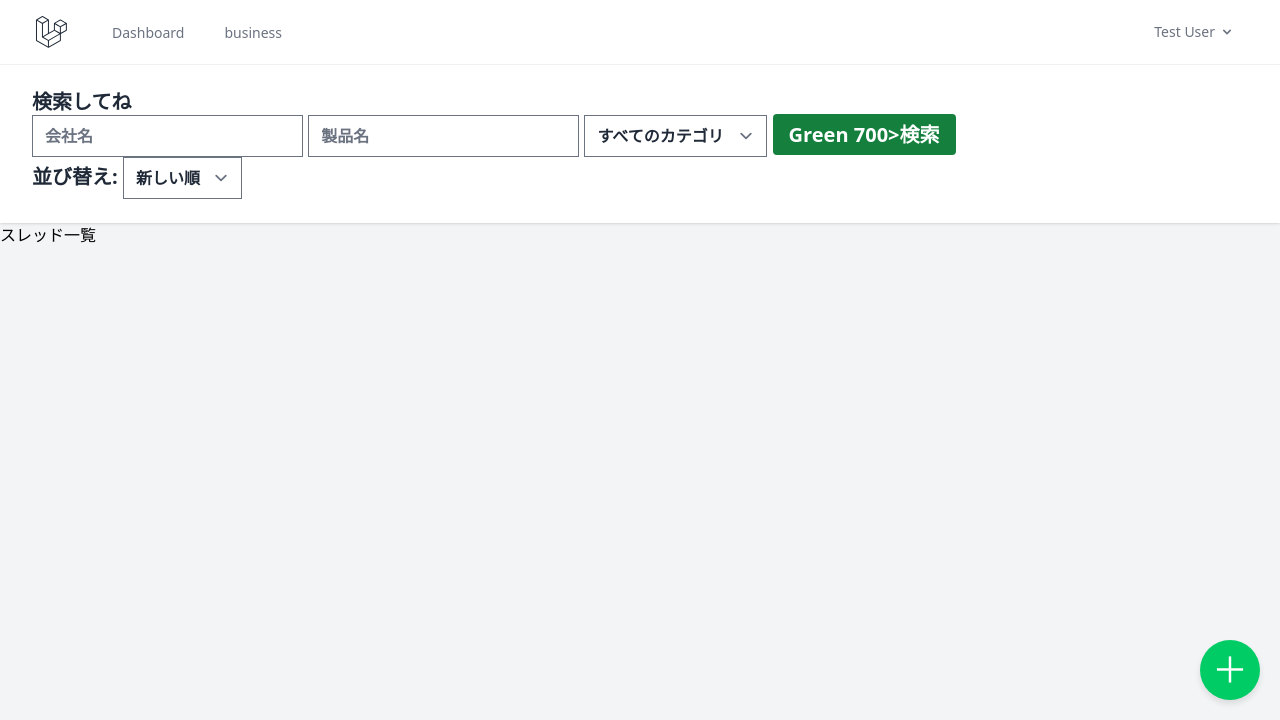
Repository: kyoko-shiraishi/Reproduce
Page: http://localhost/home
These files come from the project's save history. The page is drawn as it stood at one moment and after the next save; the edit follows.
The browser window is 1280 px wide. The pictures show the whole page.
Some web libraries are served in a nearby version. The page is served by the project's Laravel application, run on PHP 8.4 with Laravel 12. A made-up administrator, Test User (test@example.com), is signed in. Other server files are loaded and not shown. Style sheets and scripts are compiled from the project's sources, by tool versions that may differ from the author's. Queries for data that is not in the repository find no rows.

Above is the page before, as saved 2024-10-21 12:18:33.

### app/Providers/AppServiceProvider.php
<?php
namespace App\Providers;

use Illuminate\Support\ServiceProvider;
use Illuminate\Support\Facades\View;
use App\Models\Category; // Categoryモデルをインポート

class AppServiceProvider extends ServiceProvider
{
    public function boot()
    {
        // \URL::forceScheme('https');
        // すべてのビューにカテゴリを渡す
        View::composer('*', function ($view) {
            $categories = Category::all();
            $view->with('categories', $categories);
        });
    }

    public function register()
    {
        //
    }
}

### routes/web.php
<?php

use App\Http\Controllers\ProfileController;
use Illuminate\Support\Facades\Route;
use App\Http\Controllers\PleaseController;
use App\Http\Controllers\Auth\AuthenticatedSessionController;
use App\Http\Controllers\SearchController;
use App\Http\Controllers\PostController;
use App\Http\Controllers\NewController;
use App\Http\Controllers\LikeController;

// ララベルトップルート
Route::get('/', function () {
    return view('welcome');
});

// トップページ
Route::get('/index', [PleaseController::class, 'index'])->name('index');

// ログインページのルート
Route::get('/login', [AuthenticatedSessionController::class, 'create'])->name('login');

// ログイン処理のルート
Route::post('/login', [AuthenticatedSessionController::class, 'store']);

// 登録ページのルート
Route::get('/register', [RegisteredUserController::class, 'create'])->name('register');

// 登録処理のルート
Route::post('/register', [RegisteredUserController::class, 'store']);

// ダッシュボードのルート
Route::get('/dashboard', function () {
    return view('dashboard');
})->middleware(['auth', 'verified'])->name('dashboard');




// 認証が必要なルート
Route::middleware('auth')->group(function () {
    Route::get('/profile', [ProfileController::class, 'edit'])->name('profile.edit');
    Route::patch('/profile', [ProfileController::class, 'update'])->name('profile.update');
    Route::delete('/profile', [ProfileController::class, 'destroy'])->name('profile.destroy');
});
// ホームページのルート
Route::get('/home',[PleaseController::class,'home'])->name('home');



require __DIR__.'/auth.php';

Route::get('/business',[PleaseController::class,'business'])->name('business');
Route::get('/infomation',[PleaseController::class,'infomation'])->name('infomation');
Route::get('/logo',[PleaseController::class,'logo'])->name('logo');

Route::get('/search',[SearchController::class,'search'])->name('search.results');
Route::get('/post/{id}',[PostController::class,'post'])->name('post');
Route::get('/new_thread_create',[PleaseController::class,'new_thread_create'])->name('new_thread_create');


Route::post('/thread_store',[NewController::class,'thread_store'])->name('thread_store');
Route::get('/new_post_create/{id}', [NewController::class, 'new_post_create'])->name('new_post_create');

Route::post('/post_store/{threadId}', [NewController::class, 'post_store'])->name('post_store');
Route::get('/delete',[PleaseController::class,'delete_show'])->name('delete_show');
Route::post('/delete_selected',[PleaseController::class,'delete_selected'])->name('delete_selected');

Route::post('/thread/like', [LikeController::class, 'likeThread']);

### app/Models/User.php
<?php

namespace App\Models;

// use Illuminate\Contracts\Auth\MustVerifyEmail;
use Illuminate\Database\Eloquent\Factories\HasFactory;
use Illuminate\Foundation\Auth\User as Authenticatable;
use Illuminate\Notifications\Notifiable;

class User extends Authenticatable
{
    use HasFactory, Notifiable;

    /**
     * The attributes that are mass assignable.
     *
     * @var array<int, string>
     */
    protected $fillable = [
        'name',
        'email',
        'password',
        'prefecture',
        'age',
        'gender',
    ];

    /**
     * The attributes that should be hidden for serialization.
     *
     * @var array<int, string>
     */
    protected $hidden = [
        'password',
        'remember_token',
    ];

    /**
     * Get the attributes that should be cast.
     *
     * @return array<string, string>
     */
    protected function casts(): array
    {
        return [
            'email_verified_at' => 'datetime',
            'password' => 'hashed',
        ];
    }
    public function prefecture(){
return $this->belongsTo(prefecture::class,'prefectures_id');
    }
    public function threads(){
        return $this->hasMany(Thread::class);
    }
    public function posts(){
        return $this->hasMany(Post::class);
    }
    public function thread_likes(){
        return $this->hasMany(ThreadLike::class);
    }
    public function post_likes(){
        return $this->hasMany(PostLike::class);
    }
}

### app/Http/Controllers/PleaseController.php
<?php

namespace App\Http\Controllers;

use Illuminate\Http\Request;
use App\Models\Thread;
use Illuminate\Support\Facades\Auth;
use App\Models\Post;
use App\Models\ThreadLike;

use App\Models\Category;


class PleaseController extends Controller
{
    public function index()
    {
        return view('please.index');
    }

    public function post(Request $request)
    {
        $validate_rule = [
            'mail' => 'email',
            'password' => 'required',
        ];
        $this->validate($request, $validate_rule);
        return view('home.index', ['msg' => 'ログインしました']);
    }





        // paginate→全件総計算
        // simplePaginate→総計算なし。前へと次へのみ。
        // どちらもget()みたいなもん

        public function home(Request $request)
        {
            $sort = $request->input('sort', 'new'); // デフォルトは「新しい順」
            // スレッドを取得
            // withCount はリレーションの名前を入れる→リレーション先のレコード数をカウントしてくれる
            $all_threads = Thread::withCount('thread_likes')
                ->when($sort === 'new', function ($query) {
                    return $query->orderBy('created_at', 'desc'); // 新しい順
                })
                ->when($sort === 'old', function ($query) {
                    return $query->orderBy('created_at', 'asc'); // 古い順
                })
                ->when($sort === 'popular', function ($query) {
                    return $query->orderBy('thread_likes_count', 'desc'); // いいねが多い順
                })
                ->paginate(5);

            return view('please.home', compact('all_threads', 'sort'));


    }


    public function business(){
        return view('please.business');
    }
    public function infomation(){
        return view('please.infomation');
    }

    public function new_thread_create(){
        $categories = Category::all();
        return view('please.new_thread_create', compact('categories'));
    }

    public function new_post_create(){
        return view('please.new_post_create');
    }

    public function delete_show(){
        $threads_you_created=Thread::where('user_id', Auth::id())->get();
        $posts_you_created = Post::where('user_id', Auth::id())->get();
        return view('please.delete',compact('threads_you_created','posts_you_created'));
    }
    public function delete_selected(Request $request)
{
    // スレッドを削除
    if ($request->has('threads')) {
        Thread::destroy($request->input('threads'));
    }

    // ポストを削除
    if ($request->has('posts')) {
        Post::destroy($request->input('posts'));
    }

    return redirect()->back()->with('status', '選択したスレッドとポストが削除されました。');

}


}

### app/Models/Thread.php
<?php

namespace App\Models;

use Illuminate\Database\Eloquent\Factories\HasFactory;
use Illuminate\Database\Eloquent\Model;

class Thread extends Model
{
    use HasFactory;
    protected $fillable=['content','product_id', 'company_id','user_id','image',];
    public function company(){
        return $this->belongsTo(Company::class);
    }
    public function product(){
        return $this->belongsTo(Product::class);
    }
    public function user(){
        return $this->belongsTo(User::class);
    }
    public function posts(){
        return $this->hasMany(Post::class);
    }
    public function thread_likes(){
        return $this->hasMany(ThreadLike::class);
    }
    public function isLikedByAuthUser() :bool
    {
        //認証済ユーザーid（自身のid）を取得
        $authUserId = \Auth::id();
        //空の配列を定義。後続の処理で、いいねしたユーザーのidを全て格納していくときに使う。
        $likersArr = array();

        //$thisは言葉の似た通り、クラス自身を指す。具体的にはこのPostクラスをインスタンス化した際の変数のことを指す。（後続のビューで登場する$postになります）
        foreach($this->thread_likes as $threadLike){
            //array_pushメソッドで第一引数に配列、第二引数に配列に格納するデータを定義し、配列を作成できる。
            //今回は$likersArrという空の配列にいいねをした全てのユーザーのidを格納している。
            array_push($likersArr,$threadLike->user_id);

        }
        //in_arrayメソッドを利用し、認証済ユーザーid（自身のid）が上記で作成した配列の中に存在するかどうか判定している
        if (in_array($authUserId,$likersArr)){
            //存在したらいいねをしていることになるため、trueを返す
            return true;
        }else{
            return false;
        }
    }

}

### app/Models/ThreadLike.php
<?php

namespace App\Models;

use Illuminate\Database\Eloquent\Factories\HasFactory;
use Illuminate\Database\Eloquent\Model;

class ThreadLike extends Model
{
    use HasFactory;
    protected $fillable=['count'];
    public function thread(){
        return $this->belongsTo(Thread::class);
    }
    public function user(){
        return $this->belongsTo(User::class);
    }
}

### app/Models/Category.php
<?php

namespace App\Models;

use Illuminate\Database\Eloquent\Factories\HasFactory;
use Illuminate\Database\Eloquent\Model;

class Category extends Model
{
    use HasFactory;

    // 保存するデータ
    protected $fillable = ['name'];


    /**
     * 製品とのリレーション
     */
    public function products()
    {
        return $this->hasMany(Product::class, 'category_id');
        // 'category_id' は、Product テーブル内の外部キーのカラム名です。このカラムは、どの Category に属しているかを示します
    }
}

### resources/views/please/home.blade.php
<x-app-layout>
    <x-slot name="header">
        @vite(['resources/css/app.css', 'resources/js/app.js'])
        <h2 class="font-semibold text-xl text-gray-800 leading-tight">
            <p>検索してね</p>
            <form action="{{ route('search.results') }}" method="GET">
                @csrf
                <input type="text" id="company_name" name="company_name" value="{{ old('company_name') }}" placeholder="会社名">
                <input type="text" name="product_name" value="{{ old('product_name') }}" placeholder="製品名">
                <input type="hidden" id="Kanacompany_name" name="Kanacompany_name">
                <select name="category_id">
                    <option value="">すべてのカテゴリ</option>
                    @foreach ($categories as $category)
                        <option value="{{ $category->id }}">{{ $category->name }}</option>
                    @endforeach
                </select>

                <button type=”submit” class="bg-green-700 hover:bg-green-600 text-white rounded px-4 py-2">Green 700>検索</button>

                <div class="sorting-dropdown">
                    <label for="sort">並び替え:</label>
                    <select id="sort" name="sort" onchange="location = this.value;">
                        <option value="{{ route('home', ['sort' => 'new']) }}" {{ $sort === 'new' ? 'selected' : '' }}>新しい順</option>
                        <option value="{{ route('home', ['sort' => 'old']) }}" {{ $sort === 'old' ? 'selected' : '' }}>古い順</option>
                        <option value="{{ route('home', ['sort' => 'popular']) }}" {{ $sort === 'popular' ? 'selected' : '' }}>人気順</option>
                    </select>
                </div>
            </form>
        </h2>
    </x-slot>

    <h2>スレッド一覧</h2>
    <div class="each">
        <ul>
            @foreach ($all_threads as $thread)
            <div class="border-4 border-blue-400 rounded-lg p-4 shadow-md flex items-start">
                <li>
                    <a href="{{ route('post', ['id' => $thread->id]) }}">
                        <strong>ユーザー:</strong> {{ $thread->user->name }}<br>
                        <strong>会社名:</strong> {{ $thread->company->name }}<br>
                        <strong>製品名:</strong> {{ $thread->product->name }}<br>
                        <strong>カテゴリ:</strong> {{ $thread->product->category->name ?? '不明' }}<br>
                        <strong>内容:</strong> {{ $thread->content }}<br>
                        <strong>作成日:</strong> {{ $thread->created_at }}<br>
                        <strong>コメント数: {{ $thread->posts->count() }}</strong>
                        <div>
                            <img src="{{ $thread->image }}" class="responsive-img">
                        </div>
                    </a>

                    @if($thread->isLikedByAuthUser())
                        <div class="flexbox">
                            <i class="fa-regular fa-heart like-btn liked" id="{{ $thread->id }}"></i>
                            <p class="count-num">{{ $thread->thread_likes->count() }}</p>
                        </div>
                    @else
                        <div class="flexbox">
                            <i class="fa-regular fa-heart like-btn" id="{{ $thread->id }}"></i>
                            <p class="count-num">{{ $thread->thread_likes->count() }}</p>
                        </div>
                    @endif
                </li>
            </div>
            <hr>
            @endforeach
        </ul>
    </div>
    <script src="https://unpkg.com/wanakana"></script>

    <script>
        document.getElementById('company_name').addEventListener('input', function() {
            const companyName = this.value;
            const KanaCompanyName = wanakana.toKatakana(companyName);
            document.getElementById('Kanacompany_name').value = KanaCompanyName; // 隠しフィールドに設定
            console.log(KanaCompanyName); // デバッグ用

        });
    </script>

<script>
        // いいねボタンのhtml要素を取得
        const likeBtns = document.querySelectorAll('.like-btn');
        likeBtns.forEach(likeBtn => {
            likeBtn.addEventListener('click', async (e) => {
                const clickedEl = e.target;
                clickedEl.classList.toggle('liked');
                const threadId = clickedEl.id;

                const res = await fetch('/thread/like', {
                    method: 'POST',
                    headers: {
                        'Content-Type': 'application/json',
                        'X-CSRF-TOKEN': document.querySelector('meta[name="csrf-token"]').getAttribute('content')
                    },
                    body: JSON.stringify({ thread_id: threadId })
                })
                .then(res => res.json())
                .then(data => {
                    clickedEl.nextElementSibling.innerHTML = data.likesCount;
                })
                .catch(() => alert('処理が失敗しました。画面を再読み込みし、通信環境の良い場所で再度お試しください。'));
            });
        });
</script>

@include('please.new_thread')
    <div class="flex justify-center">
        {{ $all_threads->links() }}
    </div>
</x-app-layout>

### resources/views/please/new_thread.blade.php
<!-- please/create.blade.php -->
<a href="{{ route('new_thread_create') }}" class="fixed-button">
    ＋
</a>

<style>
    /* ボタンのスタイル */
    .fixed-button {
        position: fixed; /* 画面に固定 */
        right: 20px; /* 画面右からの距離 */
        bottom: 20px; /* 画面下からの距離 */
        width: 60px; /* ボタンの幅 */
        height: 60px; /* ボタンの高さ */
        background-color: #00CC66; /* ツイッターっぽい青色 */
        color: white; /* テキストの色 */
        font-size: 36px; /* テキストの大きさ */
        text-align: center; /* テキストを中央に配置 */
        line-height: 60px; /* ボタンの高さと同じにして中央揃え */
        border-radius: 50%; /* 丸くする */
        box-shadow: 0px 4px 6px rgba(0, 0, 0, 0.1); /* 影をつける */
        cursor: pointer; /* ポインターを変更 */
        transition: background-color 0.3s; /* ホバー時のエフェクト */
    }

    /* ホバー時の効果 */
    .fixed-button:hover {
        background-color: #00CC99; /* 少し濃い色に変更 */
    }

</style>

### resources/views/layouts/app.blade.php
<!DOCTYPE html>
<html lang="{{ str_replace('_', '-', app()->getLocale()) }}">
    <head>
        <meta charset="utf-8">
        <meta name="viewport" content="width=device-width, initial-scale=1">
        <meta name="csrf-token" content="{{ csrf_token() }}">
        @vite(['resources/css/app.css', 'resources/js/app.js'])


        <title>{{ config('app.name', 'Laravel') }}</title>

        <!-- Fonts -->

        <!-- Scripts -->
        <script src="https://kit.fontawesome.com/e7550042f0.js" crossorigin="anonymous"></script>

        <style>
        .each {
            width: 100%; /* 幅を100%に設定 */
            margin: 0; /* 左右のマージンを0に設定 */
            padding: 0; /* パディングを0に設定 */
        }

        .each ul {
            list-style-type: none; /* リストスタイルを消去 */
            padding: 0; /* パディングを0に設定 */
            margin: 0; /* マージンを0に設定 */
        }

        .each li {
            /* border: 1px solid #ccc; 各スレッドにボーダーを追加 */
            padding: 0px; /* 内側のパディングを設定 */
            margin-bottom: 10px; /* 各リスト項目の下にマージンを追加 */
            width: 100%; /* 各リスト項目も幅を100%に設定 */
        }
        .liked{
            color:orangered;
            transition:.2s;
        }
        .flexbox{
            align-items: center;
            display: flex;
        }
        .count-num{
            font-size: 20px;
            margin-left: 10px;
        }
        .fa-heart{
            font-size: 30px;
        }
        .responsive-img {
            max-width: 100%; /* 画像の最大幅を親要素に合わせる */
            width: 300px; /* 画像の幅を固定 */
            height: 200px; /* 画像の高さを固定 */
            object-fit: cover; /* 縦横比を維持しつつ、指定したサイズに収まるように調整 */
            border-radius: 8px; /* 角を少し丸くしたい場合 */
        }
    </style>
  <script src="build\assets\wanakana.min.js"></script>
    </head>
    <body class="font-sans antialiased">
        <div class="min-h-screen bg-gray-100">
            @include('layouts.navigation')

            <!-- Page Heading -->
            @isset($header)
                <header class="bg-white shadow">
                    <div class="max-w-7xl mx-auto py-6 px-4 sm:px-6 lg:px-8">
                        {{ $header }}
                    </div>
                </header>
            @endisset

            <!-- Page Content -->
            <main>
                {{ $slot }}
            </main>
        </div>
    </body>
</html>

### resources/views/layouts/navigation.blade.php
<nav x-data="{ open: false }" class="bg-white border-b border-gray-100">
    <!-- Primary Navigation Menu -->
    <div class="max-w-7xl mx-auto px-4 sm:px-6 lg:px-8">
        <div class="flex justify-between h-16">
            <div class="flex">
                <!-- Logo -->
                <div class="shrink-0 flex items-center">
                    <a href="{{ route('home') }}">
                        <x-application-logo class="block h-9 w-auto fill-current text-gray-800" />
                    </a>
                </div>

                <!-- Navigation Links -->
                <div class="hidden space-x-8 sm:-my-px sm:ms-10 sm:flex">
                    <x-nav-link :href="route('dashboard')" :active="request()->routeIs('dashboard')">
                        {{ __('Dashboard') }}
                    </x-nav-link>

                    <x-nav-link :href="route('business')" :active="request()->routeIs('index')">
                        {{ __('business') }}
                    </x-nav-link>
                </div>
            </div>



            <!-- Settings Dropdown -->
            <div class="hidden sm:flex sm:items-center sm:ms-6">
                <x-dropdown align="right" width="48">
                    <x-slot name="trigger">
                        <button class="inline-flex items-center px-3 py-2 border border-transparent text-sm leading-4 font-medium rounded-md text-gray-500 bg-white hover:text-gray-700 focus:outline-none transition ease-in-out duration-150">
                        @auth
                            <div>{{ Auth::user()->name }}</div>
                        @endauth

                            <div class="ms-1">
                                <svg class="fill-current h-4 w-4" xmlns="http://www.w3.org/2000/svg" viewBox="0 0 20 20">
                                    <path fill-rule="evenodd" d="M5.293 7.293a1 1 0 011.414 0L10 10.586l3.293-3.293a1 1 0 111.414 1.414l-4 4a1 1 0 01-1.414 0l-4-4a1 1 0 010-1.414z" clip-rule="evenodd" />
                                </svg>
                            </div>
                        </button>
                    </x-slot>

                    <x-slot name="content">
                        <x-dropdown-link :href="route('profile.edit')">
                            {{ __('Profile') }}
                        </x-dropdown-link>

                        <x-dropdown-link :href="route('delete_show')">
                            {{ __('delete') }}
                        </x-dropdown-link>

                        <!-- Authentication -->
                        <form method="POST" action="{{ route('logout') }}">
                            @csrf

                            <x-dropdown-link :href="route('logout')"
                                    onclick="event.preventDefault();
                                                this.closest('form').submit();">
                                {{ __('Log Out') }}
                            </x-dropdown-link>
                        </form>
                    </x-slot>
                </x-dropdown>
            </div>

            <!-- Hamburger -->
            <div class="-me-2 flex items-center sm:hidden">
                <button @click="open = ! open" class="inline-flex items-center justify-center p-2 rounded-md text-gray-400 hover:text-gray-500 hover:bg-gray-100 focus:outline-none focus:bg-gray-100 focus:text-gray-500 transition duration-150 ease-in-out">
                    <svg class="h-6 w-6" stroke="currentColor" fill="none" viewBox="0 0 24 24">
                        <path :class="{'hidden': open, 'inline-flex': ! open }" class="inline-flex" stroke-linecap="round" stroke-linejoin="round" stroke-width="2" d="M4 6h16M4 12h16M4 18h16" />
                        <path :class="{'hidden': ! open, 'inline-flex': open }" class="hidden" stroke-linecap="round" stroke-linejoin="round" stroke-width="2" d="M6 18L18 6M6 6l12 12" />
                    </svg>
                </button>
            </div>
        </div>
    </div>

    <!-- Responsive Navigation Menu -->
    <div :class="{'block': open, 'hidden': ! open}" class="hidden sm:hidden">
        <div class="pt-2 pb-3 space-y-1">
            <x-responsive-nav-link :href="route('dashboard')" :active="request()->routeIs('dashboard')">
                {{ __('Dashboard') }}
            </x-responsive-nav-link>
        </div>

        <!-- Responsive Settings Options -->
        <div class="pt-4 pb-1 border-t border-gray-200">
            <div class="px-4">
                <div class="font-medium text-base text-gray-800">{{ Auth::user()->name }}</div>
                <div class="font-medium text-sm text-gray-500">{{ Auth::user()->email }}</div>
            </div>

            <div class="mt-3 space-y-1">
                <x-responsive-nav-link :href="route('profile.edit')">
                    {{ __('Profile') }}
                </x-responsive-nav-link>

                <!-- Authentication -->
                <form method="POST" action="{{ route('logout') }}">
                    @csrf

                    <x-responsive-nav-link :href="route('logout')"
                            onclick="event.preventDefault();
                                        this.closest('form').submit();">
                        {{ __('Log Out') }}
                    </x-responsive-nav-link>
                </form>
            </div>
        </div>
    </div>
</nav>

Loaded but not shown: routes/auth.php (common file); app/Http/Controllers/Auth/EmailVerificationPromptController.php (common file); app/Http/Controllers/Controller.php (common file); app/Http/Controllers/Auth/VerifyEmailController.php (common file); app/View/Components/AppLayout.php (common file); resources/views/components/application-logo.blade.php (common file); resources/views/components/nav-link.blade.php (common file); resources/views/components/dropdown-link.blade.php (common file); resources/views/components/dropdown.blade.php (common file); resources/views/components/responsive-nav-link.blade.php (common file); resources/css/app.css (common file); tailwind.config.js (common file)

After the next save:
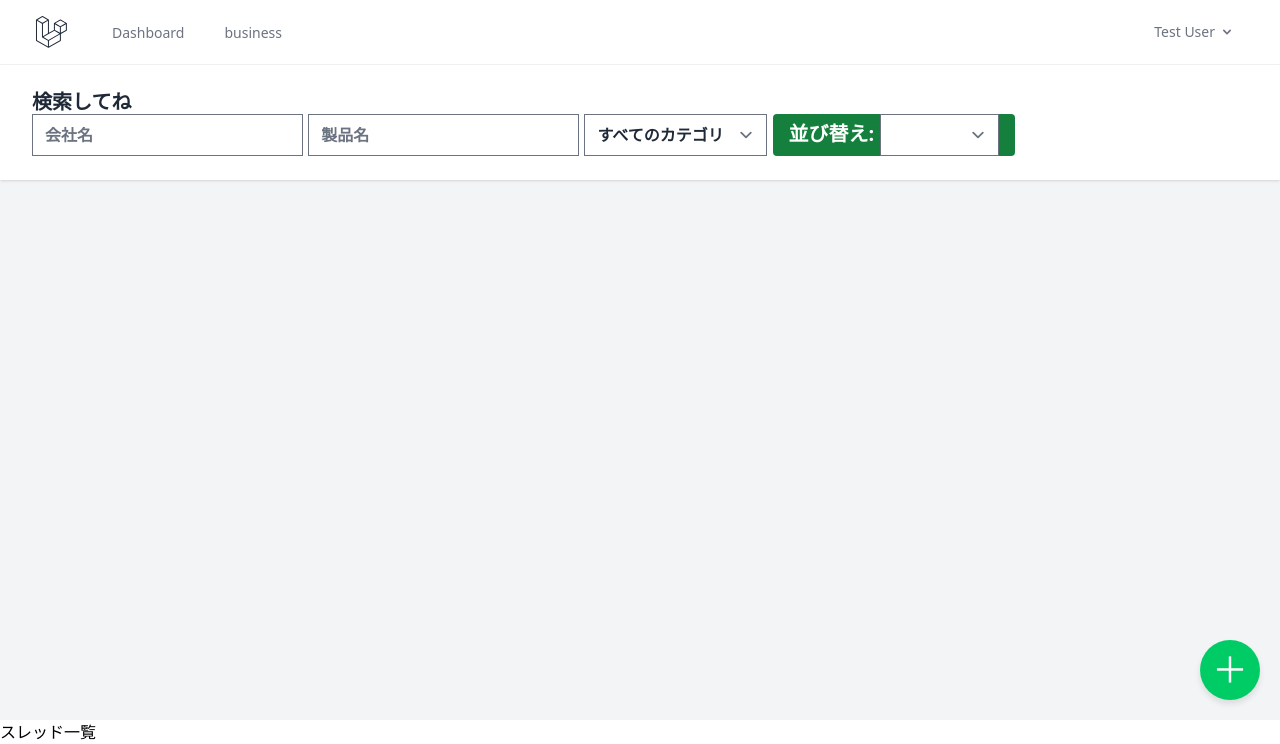
Saved 51 s later.
--- a/resources/views/please/home.blade.php
+++ b/resources/views/please/home.blade.php
@@ -15,7 +15,7 @@
                     @endforeach
                 </select>
 
-                <button type=”submit” class="bg-green-700 hover:bg-green-600 text-white rounded px-4 py-2">Green 700>検索</button>
+                <button type=”submit” class="bg-green-700 hover:bg-green-600 text-white rounded px-4 py-2>検索</button>
 
                 <div class="sorting-dropdown">
                     <label for="sort">並び替え:</label>
